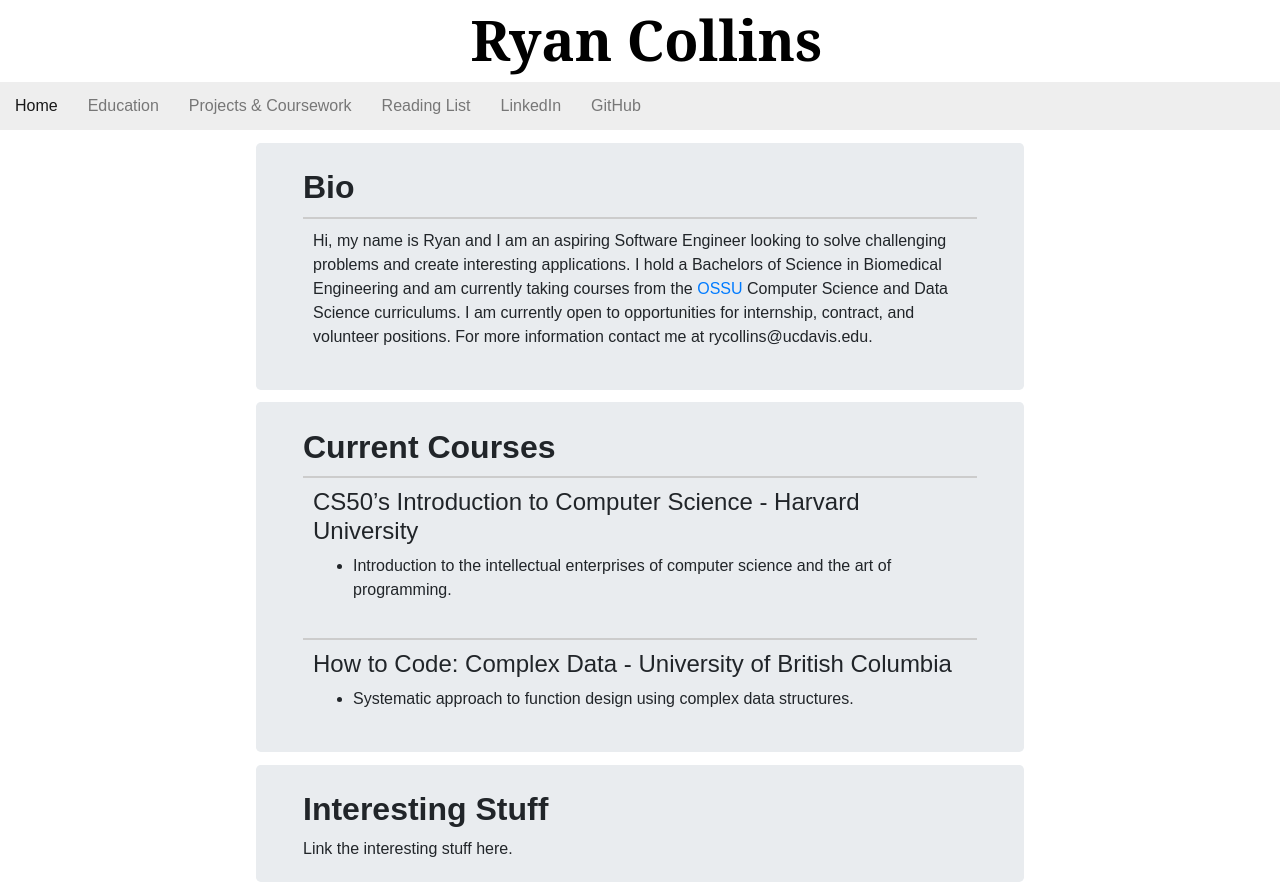
Repository: RyanMCollins/cs50
Page: pset5/homepage/home.html
The author's editor kept a record of every edit. The page is drawn from the files as they stood at one moment, then again after the next edit.
The browser window is 1280 px wide. The pictures show the whole page.

Above is the page before.

### pset5/homepage/home.html
<!DOCTYPE html>

<html lang="en">
    <head>
        <meta name="viewport" content="width=device-width, initial-scale=1, shrink-to-fit=no">
        <script src="https://code.jquery.com/jquery-3.3.1.slim.min.js" integrity="sha384-q8i/X+965DzO0rT7abK41JStQIAqVgRVzpbzo5smXKp4YfRvH+8abtTE1Pi6jizo" crossorigin="anonymous"></script>
        <script src="https://cdnjs.cloudflare.com/ajax/libs/popper.js/1.14.3/umd/popper.min.js" integrity="sha384-ZMP7rVo3mIykV+2+9J3UJ46jBk0WLaUAdn689aCwoqbBJiSnjAK/l8WvCWPIPm49" crossorigin="anonymous"></script>
        <script src="https://stackpath.bootstrapcdn.com/bootstrap/4.1.3/js/bootstrap.min.js" integrity="sha384-ChfqqxuZUCnJSK3+MXmPNIyE6ZbWh2IMqE241rYiqJxyMiZ6OW/JmZQ5stwEULTy" crossorigin="anonymous"></script>
        <link href="https://stackpath.bootstrapcdn.com/bootstrap/4.1.3/css/bootstrap.min.css" rel="stylesheet">
        <link href="styles.css" rel="stylesheet">
        <title>Homepage</title>
    </head>
    <body>
        <h1 id="site-title">
            <a href="/index">
                Ryan Collins
            </a>
        </h1>
        <nav class="navbar navbar-expand-lg navbar-light">
            <button class="navbar-toggler" type="button" data-toggle="collapse" data-target="#navbarSupportedContent"
            aria-controls="navbarSupportedContent" aria-expanded="false" aria-label="Toggle navigation">
                <span class="navbar-toggler-icon"></span>
            </button>

            <div class="collapse navbar-collapse" id="navbarSupportedContent">
                <div class="flex-even"></div>
                <div class="flex-even d-flex justify-content-center">
                    <ul class="navbar-nav" id="navbar-internal-links">
                      <li class="nav-item active">
                        <a class="nav-link" href="/home">Home<span class="sr-only">(current)</span></a>
                      </li>
                      <li class="nav-item">
                        <a class="nav-link" href="/education">Education<span class="sr-only">(current)</span></a>
                      </li>
                      <li class="nav-item">
                        <a class="nav-link" href="/projects">Projects & Coursework<span class="sr-only">(current)</span></a>
                      </li>
                      <li class="nav-item">
                        <a class="nav-link" href="/readlist">Reading List<span class="sr-only">(current)</span></a>
                      </li>
                    </ul>
                </div>
                <div class="flex-even d-flex justify-content-end">
                    <ul class="navbar-nav" id="navbar-external-links">
                      <li class="nav-item">
                        <a class="nav-link" target="_blank" href="https://linkedin.com/in/ryancollins2020">LinkedIn<span class="sr-only">(current)</span></a>
                      </li>
                      <li class="nav-item">
                        <a class="nav-link" target="_blank" href="https://github.com/RyanMCollins">GitHub<span class="sr-only">(current)</span></a>
                      </li>
                    </ul>
                </div>
            </div>
        </nav>
        <div class="jumbotron">
            <div class="container">
                <h2  class="main-header">
                    Bio
                </h2>
                <div class="sub-division">
                    <p>
                        Hi, my name is Ryan and I am an aspiring Software Engineer looking to solve challenging problems and create interesting
                        applications. I hold a Bachelors of Science in Biomedical Engineering and am currently taking courses from the
                        <a href="https://github.com/ossu">OSSU</a> Computer Science and Data Science curriculums. I am currently open to
                        opportunities for internship, contract, and volunteer positions. For more information contact me at
                        rycollins@ucdavis.edu.
                    </p>
                </div>
            </div>
        </div>
        <div class="jumbotron">
            <div class="container">
                <h2  class="main-header">
                    Current Courses
                </h2>
                <div class="sub-division">
                    <h4>
                        CS50’s Introduction to Computer Science - Harvard University
                    </h4>
                    <ul>
                        <li>
                            Introduction to the intellectual enterprises of computer science and the art of programming.
                        </li>
                    </ul>
                </div>
                <div class="sub-division">
                    <h4>
                        How to Code: Complex Data - University of British Columbia
                    </h4>
                    <ul>
                        <li>
                            Systematic approach to function design using complex data structures.
                        </li>
                    </ul>
                </div>
            </div>
        </div>
        <div class="jumbotron">
            <div class="container">
                <h2  class="main-header">
                    Interesting Stuff
                </h2>
                <!-- TODO -->
                <p>
                    Link the interesting stuff here.
                </p>
            </div>
        </div>
    </body>
</html>

### pset5/homepage/styles.css
body {
    font-size: 14;
    font-family: "Arial";
    min-height: 100vh;
}

#site-title {
    text-align: center;
    font-size: 350%;
    font-family: "Georgia";
    font-weight: bold;
    color: #000000;
    padding-left: 1%;
    padding-bottom: .7%;
    padding-top: .45%;
    margin: 0;
}

@media  screen and (max-width: 368px) {
    #site-title {
        font-size: 200%;
    }
}

#site-title a {
    color: inherit;
    text-decoration: none;
}

.navbar {
    padding: 0;
    /*padding: 0 1%;*/
    background-color: #eee;
}

.flex-break.flex-small {
    flex: 1;
}

.flex-break.flex-large {
    flex: 2;
}

@media  screen and (max-width: 990px) {
    .flex-break.flex-large, .flex-break.flex-small {
        justify-content: flex-start!important;
    }
}

.nav-item {
    padding: 0 5px;
    margin: 4px 2px;
}

.jumbotron {
    margin: 1% 20%;
    padding-top: 2%;
    padding-bottom: 5px;
}

.main-header {
    font-size: 200%;
    font-weight: bold;
}

.sub-division {
    border-top: solid #cccccc 2px;
    margin-top: 10px;
    margin-bottom: 10px;
    padding: 10px;
}

.sub-division-header {
    display: flex;
    padding-bottom: 15px;
}

.sub-division-title {
    font-size: 24px;
    float: left;
    margin-bottom: 0px;
    margin-top: auto;
}

.sub-division-appendice {
    font-size: 18px;
    margin-bottom: 0px;
    margin-top: auto;
}

.sub-division-appendice.date {
    margin-right: 0px;
    margin-left: auto;
}

.sub-division-author {
    font-size: 20px;
    padding-bottom: 10px;
}

After the next edit:
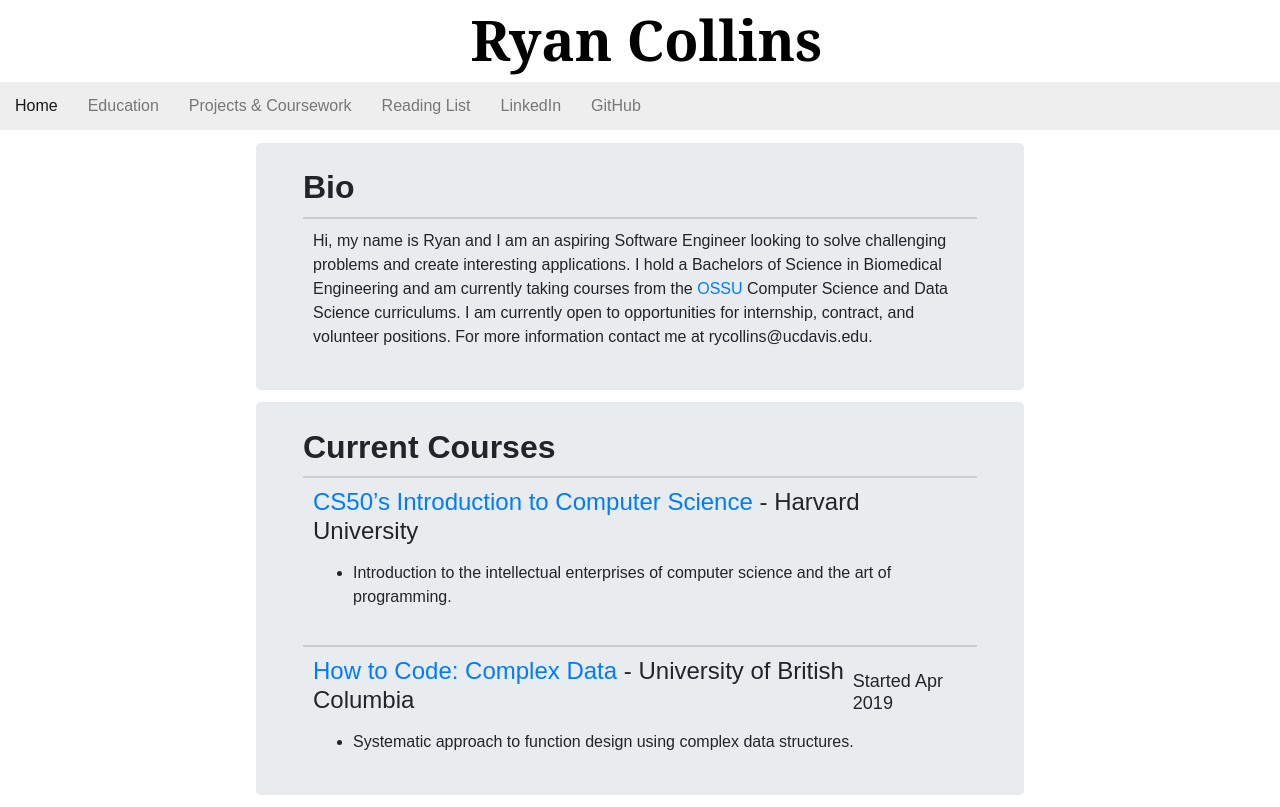
The edit:
--- a/pset5/homepage/home.html
+++ b/pset5/homepage/home.html
@@ -74,9 +74,14 @@
                     Current Courses
                 </h2>
                 <div class="sub-division">
-                    <h4>
-                        CS50’s Introduction to Computer Science - Harvard University
-                    </h4>
+                    <div class="sub-division-header">
+                        <h4 class="sub-division-title">
+                            <a href="https://www.edx.org/course/cs50s-introduction-computer-science-harvardx-cs50x">
+                                CS50’s Introduction to Computer Science
+                            </a>
+                            - Harvard University
+                        </h4>
+                    </div>
                     <ul>
                         <li>
                             Introduction to the intellectual enterprises of computer science and the art of programming.
@@ -84,9 +89,15 @@
                     </ul>
                 </div>
                 <div class="sub-division">
-                    <h4>
-                        How to Code: Complex Data - University of British Columbia
-                    </h4>
+                    <div class="sub-division-header">
+                        <h4 class="sub-division-title">
+                            <a href="https://www.edx.org/course/how-code-complex-data-ubcx-htc2x">How to Code: Complex Data</a>
+                            - University of British Columbia
+                        </h4>
+                        <h4 class="sub-division-appendice date">
+                            Started Apr 2019
+                        </h4>
+                    </div>
                     <ul>
                         <li>
                             Systematic approach to function design using complex data structures.
@@ -95,16 +106,16 @@
                 </div>
             </div>
         </div>
-        <div class="jumbotron">
-            <div class="container">
-                <h2  class="main-header">
-                    Interesting Stuff
-                </h2>
+        <!--<div class="jumbotron">-->
+        <!--    <div class="container">-->
+        <!--        <h2  class="main-header">-->
+        <!--            Interesting Stuff-->
+        <!--        </h2>-->
                 <!-- TODO -->
-                <p>
-                    Link the interesting stuff here.
-                </p>
-            </div>
-        </div>
+        <!--        <p>-->
+        <!--            Link the interesting stuff here.-->
+        <!--        </p>-->
+        <!--    </div>-->
+        <!--</div>-->
     </body>
 </html>
